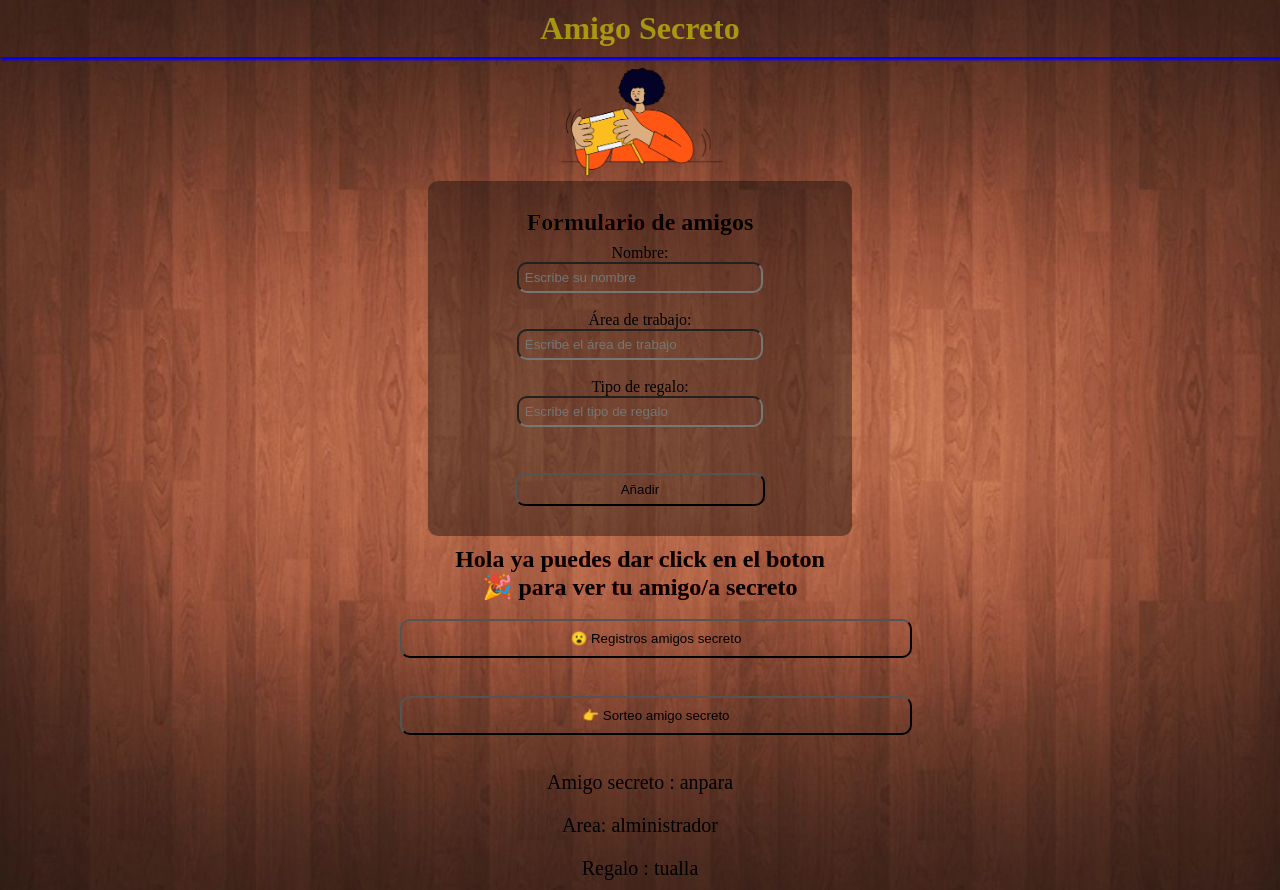
Repository: ye909/secreto
Page: index.html
An editor plug-in stored every save of this project. The page is shown before and after the next save, followed by the edit.
The browser window is 1280 px wide. The pictures show the whole page.
Backgrounds fixed to the window are drawn as part of the page.

Above is the page before, as saved 2025-01-25 10:06:16.

After the next save:
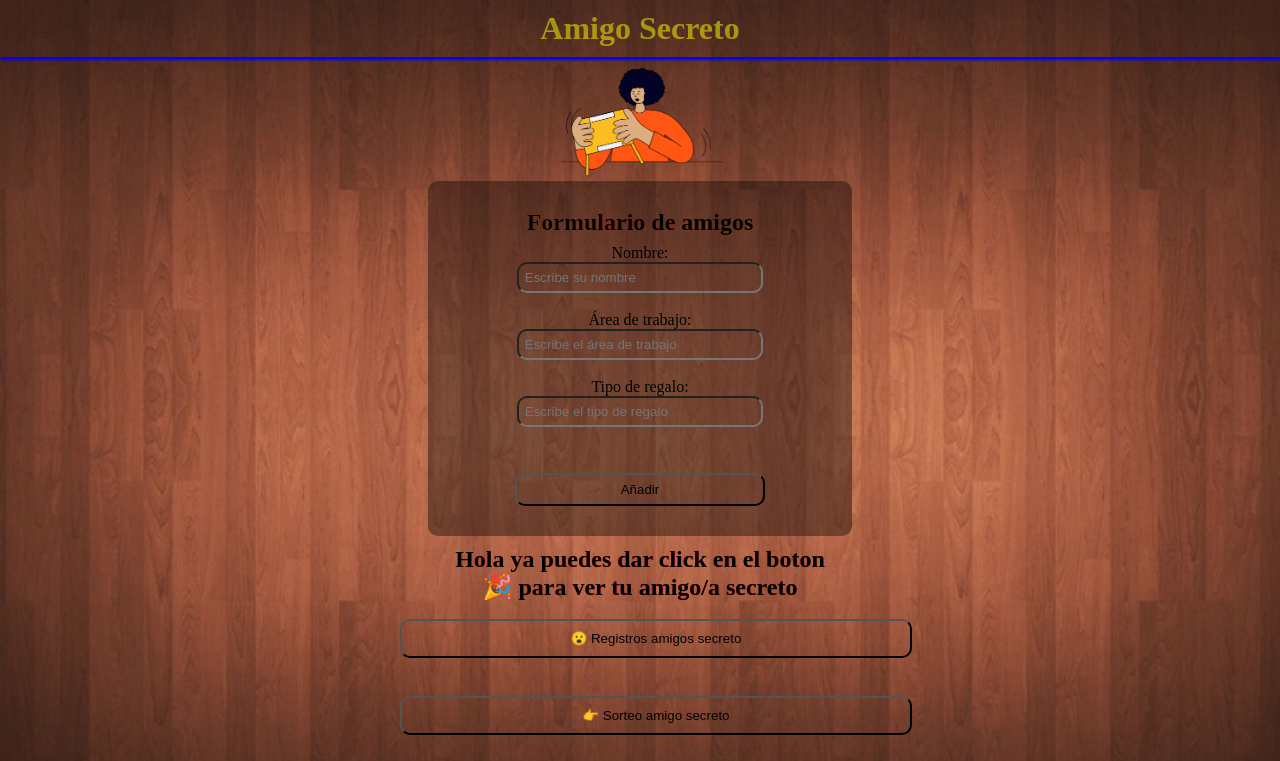
Console error: TypeError: Cannot read properties of null (reading 'addEventListener')
Saved 4 min 2 s later.
--- a/js/amigos.js
+++ b/js/amigos.js
@@ -1,38 +1,73 @@
-const amigos=[{
-    nombre: "Juan",
-    area:"logistica ",
-    regalo:"zapatillas"
+// const amigos=[{
+//     nombre: "Juan",
+//     area:"logistica ",
+//     regalo:"zapatillas"
 
-},
-{
-    nombre: "daniel",
-      area:"recursos ",
-      regalo:"reloj"
-},
-{
-nombre:"anpara",
-    area:"alministrador",
-     regalo:"tualla"
-},
-{
-    nombre: "Paola",
-     area:"marketing ",
-    regalo:"sudadera"
-},
-{
-    nombre: "Pedro",
-     area:"finansas",
-    regalo:"libro"
-}]
+// },
+// {
+//     nombre: "daniel",
+//       area:"recursos ",
+//       regalo:"reloj"
+// },
+// {
+// nombre:"anpara",
+//     area:"alministrador",
+//      regalo:"tualla"
+// },
+// {
+//     nombre: "Paola",
+//      area:"marketing ",
+//     regalo:"sudadera"
+// },
+// {
+//     nombre: "Pedro",
+//      area:"finansas",
+//     regalo:"libro"
+// }]
 
 
-const verResgistrados=document.getElementById("verResgistrados")
-verResgistrados.addEventListener("click",(e) =>{
- e.preventDefault()
+// const verResgistrados=document.getElementById("verResgistrados")
+// verResgistrados.addEventListener("click",(e) =>{
+//  e.preventDefault()
 
- info_datos.innerHTML=amigos
+//  info_datos.innerHTML=amigos
 
- })
+//  })
+
+const amigos = [
+    { nombre: "Juan", area: "logística", regalo: "zapatillas" },
+    { nombre: "Daniel", area: "recursos", regalo: "reloj" },
+    { nombre: "Anpara", area: "administrador", regalo: "toalla" },
+    { nombre: "Paola", area: "marketing", regalo: "sudadera" },
+    { nombre: "Pedro", area: "finanzas", regalo: "libro" },
+  ];
+
+  // Corregimos el identificador del botón.
+  const verRegistrados = document.getElementById("verRegistrados");
+
+  // Asegúrate de que el contenedor `info_datos` exista en tu HTML.
+  const info_datos = document.getElementById("info_datos");
+
+  verRegistrados.addEventListener("click", (e) => {
+    e.preventDefault();
+
+    // Formateamos los datos para mostrarlos correctamente.
+    if (info_datos) {
+      info_datos.innerHTML = `
+        <ul>
+          ${amigos
+            .map(
+              (amigo) =>
+                `<li><strong>${amigo.nombre}</strong> - Área: ${amigo.area}, Regalo: ${amigo.regalo}</li>`
+            )
+            .join("")}
+        </ul>
+      `;
+    } else {
+      console.error("El contenedor info_datos no existe en el HTML.");
+    }
+  });
+
 function seleccionarAmigoAleatorio(amigos) {
 
 

After the 2 saves that followed:
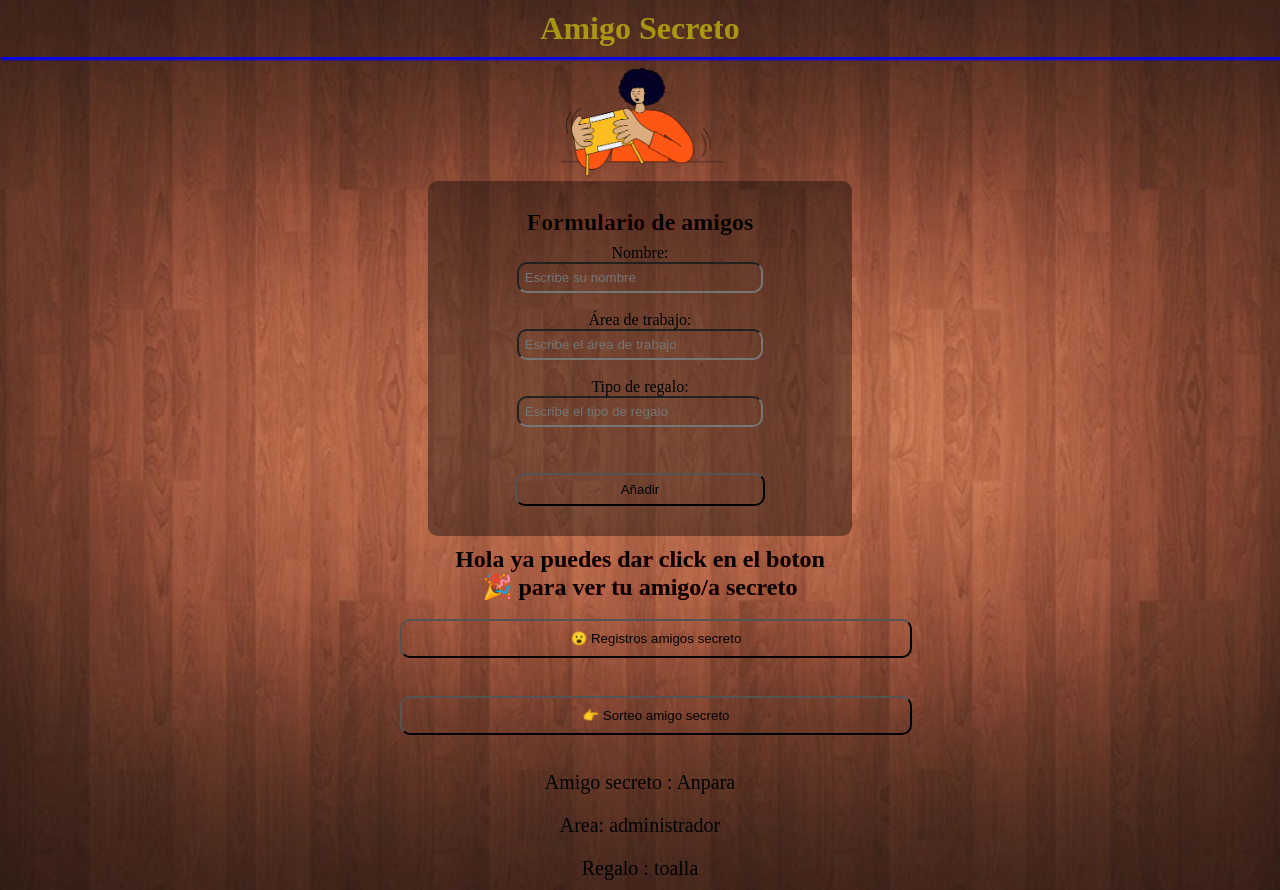
The error is gone.
The 2 saves are shown as one change because 1 left the picture as it was.
The last was saved 94 s later.
--- a/js/amigos.js
+++ b/js/amigos.js
@@ -42,31 +42,7 @@
     { nombre: "Pedro", area: "finanzas", regalo: "libro" },
   ];
 
-  // Corregimos el identificador del botón.
-  const verRegistrados = document.getElementById("verRegistrados");
 
-  // Asegúrate de que el contenedor `info_datos` exista en tu HTML.
-  const info_datos = document.getElementById("info_datos");
-
-  verRegistrados.addEventListener("click", (e) => {
-    e.preventDefault();
-
-    // Formateamos los datos para mostrarlos correctamente.
-    if (info_datos) {
-      info_datos.innerHTML = `
-        <ul>
-          ${amigos
-            .map(
-              (amigo) =>
-                `<li><strong>${amigo.nombre}</strong> - Área: ${amigo.area}, Regalo: ${amigo.regalo}</li>`
-            )
-            .join("")}
-        </ul>
-      `;
-    } else {
-      console.error("El contenedor info_datos no existe en el HTML.");
-    }
-  });
 
 function seleccionarAmigoAleatorio(amigos) {
 
